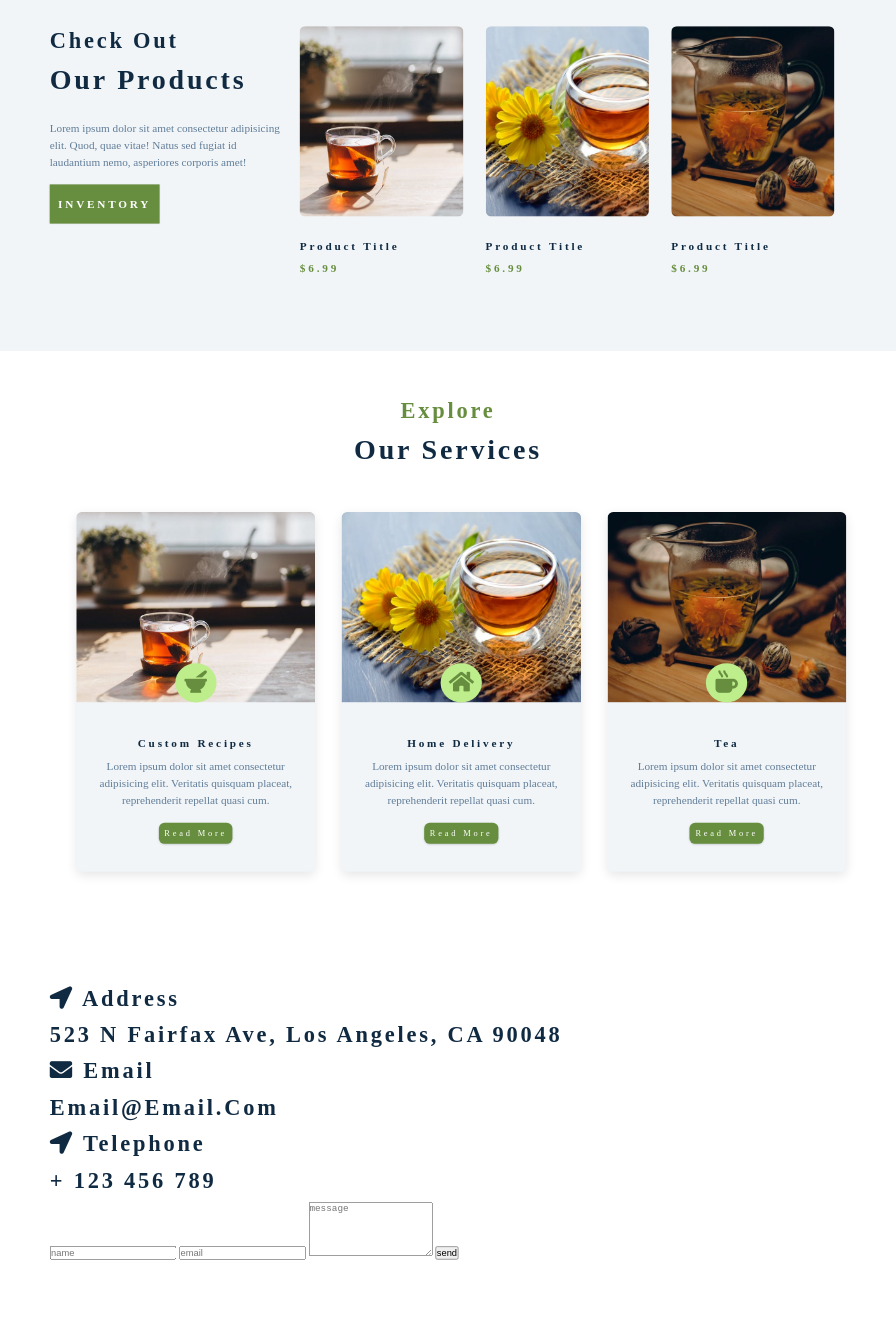
Repository: Ndifoinhilary/building_tea_site
Page: index.html
An editor plug-in stored every save of this project. The page is shown before and after the next save, followed by the edit.
The browser window is 1280 px wide. The pictures show the part of the page from y = 1689 to 3609 px (the page is 3750 px tall), at 70% of full size.
Backgrounds fixed to the window are drawn as part of the page. Some web fonts or font styles are not loaded; a fallback is used.

Above is the page before, as saved 2024-01-06 16:23:48.

### index.html
<!DOCTYPE html>
<html lang="en">

<head>
  <meta charset="UTF-8" />
  <meta name="viewport" content="width=device-width, initial-scale=1.0" />
  <meta http-equiv="X-UA-Compatible" content="ie=edge" />
  <title>Tea Station || Home</title>
  <!-- font-awesome -->
  <link rel="stylesheet" href="./fontawesome-free-5.7.2-web/css/all.css" />
  <!-- custom css -->
  <link rel="stylesheet" href="./css/styles.css" />
</head>

<body>
  <!-- nav button -->
  <span class="nav-btn" id="nav-btn">
    <i class="fas fa-bars"></i>
  </span>
  <!-- nav -->
  <nav class="navbar" id="navbar">
    <div class="navbar-header">
      <span class="nav-close" id="nav-close">
        <i class="fas fa-times"></i>
      </span>
    </div>
    <ul class="nav-items">
      <li><a href="index.html" class="nav-link">home</a></li>
      <li><a href="skills.html" class="nav-link">skills</a></li>
      <li><a href="about.html" class="nav-link">about</a></li>
      <li><a href="products.html" class="nav-link">products</a></li>
    </ul>
  </nav>
  <!-- header -->
  <header class="header">
    <div class="banner">
      <h2 class="banner-subtitle">Over one hunred flavors of tea</h2>
      <h1 class="banner-title">specially crafted tea</h1>
      <a href="skills.html" class=" btn banner-btn">explore</a>
    </div>
  </header>

  <div class="content-divider"></div>





  <!-- skills section -->
  <section class="skills clearfix">
    <!-- single skill -->
    <article class="skill">
      <span class="skill-icon">
        <i class="fas fa-mug-hot"></i>
      </span>
      <h4 class="skill-title">made in US</h4>
      <!-- ten words -->
      <p class="skill-text">
        Lorem ipsum dolor sit amet consectetur adipisicing elit. Tempore,
        sequi.
      </p>
    </article>
    <!-- end of single skill -->
    <!-- single skill -->
    <article class="skill">
      <span class="skill-icon">
        <i class="fas fa-glass-cheers"></i>
      </span>
      <h4 class="skill-title">relaxation</h4>
      <!-- ten words -->
      <p class="skill-text">
        Lorem ipsum dolor sit amet consectetur adipisicing elit. Tempore,
        sequi.
      </p>
    </article>
    <!-- end of single skill -->
    <!-- single skill -->
    <article class="skill">
      <span class="skill-icon">
        <i class="fas fa-bomb"></i>
      </span>
      <h4 class="skill-title">energy</h4>
      <!-- ten words -->
      <p class="skill-text">
        Lorem ipsum dolor sit amet consectetur adipisicing elit. Tempore,
        sequi.
      </p>
    </article>
    <!-- end of single skill -->
    <!-- single skill -->
    <article class="skill">
      <span class="skill-icon">
        <i class="fas fa-mortar-pestle"></i>
      </span>
      <h4 class="skill-title">family recipe</h4>
      <!-- ten words -->
      <p class="skill-text">
        Lorem ipsum dolor sit amet consectetur adipisicing elit. Tempore,
        sequi.
      </p>
    </article>
    <!-- end of single skill -->
  </section>
  <!--end of skills section -->




  <!-- about -->
  <section class="about">

    <div class="section-center clearfix">

      <article class="about-img">
        <div class="about-picture-container">
          <img src="./images/about-bcg.jpeg" alt="tea kettle" class="about-picture" />
        </div>
      </article>

      <article class="about-info">
        <!-- section title -->
        <div class="section-title">
          <h3 class="section-subtitle">about our</h3>
          <h2 class="section-title">tea station</h2>
        </div>
        <!-- section title -->
        <p class="about-text">
          Lorem ipsum dolor sit amet consectetur adipisicing elit. Possimus
          numquam rem eos vel consequuntur obcaecati?
        </p>
        <p class="about-text">
          Lorem ipsum dolor sit amet consectetur adipisicing elit. Possimus
          numquam rem eos vel consequuntur obcaecati?
        </p>
        <a href="about.html" class="btn">learn more</a>
      </article>
    </div>
  </section>
  <!-- end of about -->





  <!-- products -->
  <section class="products">
    <div class="section-center clearfix">
      <!-- products info  -->
      <article class="products-info">
        <!-- title -->
        <div>
          <h3 class="section-subtitle">check out</h3>
          <h2 class="section-title text-white">our products</h2>
        </div>
        <!-- end of title -->
        <p class="product-text">
          Lorem ipsum dolor sit amet consectetur adipisicing elit. Quod, quae
          vitae! Natus sed fugiat id laudantium nemo, asperiores corporis
          amet!
        </p>
        <a href="products.html" class="btn">inventory</a>
      </article>
      <!-- end of products info -->

      <!-- products inventory -->
      <article class="products-inventory clearfix">
        <!-- single product -->
        <div class="product">
          <img src="./images/product-1.jpeg" alt="single product" class="product-img" />
          <h4 class="product-title">product title</h4>
          <h4 class="product-price">$6.99</h4>
        </div>
        <!--end of single product -->
        <!-- single product -->
        <div class="product">
          <img src="./images/product-2.jpeg" alt="single product" class="product-img" />
          <h4 class="product-title">product title</h4>
          <h4 class="product-price">$6.99</h4>
        </div>
        <!--end of single product -->
        <!-- single product -->
        <div class="product">
          <img src="./images/product-3.jpeg" alt="single product" class="product-img" />
          <h4 class="product-title">product title</h4>
          <h4 class="product-price">$6.99</h4>
        </div>
        <!--end of single product -->
      </article>
      <!--end of  products inventory -->
    </div>
  </section>


  <!-- end of  products -->

<!-- Services section -->
<section class="services">
    <!-- section title -->
    <div class="section-title services-title">
      <h3 class="section-subtitle">explore</h3>
      <h2 class="section-title">Our services</h2>
    </div>
    <!-- section title -->

    <div class="section-center clearfix">
      <!-- single card -->
      <article class="service-card">
        <div class="service-img-container">
          <img src="./images/product-1.jpeg" class="service-img" alt="signle service">
          <span class="service-icon"><i class="fas fa-mortar-pestle fa-fw"></i></span>
        </div>
        <div class="service-info">
          <h4>Custom recipes</h4>
          <p>Lorem ipsum dolor sit amet consectetur adipisicing elit. Veritatis quisquam placeat, reprehenderit repellat quasi cum.</p>
          <a href="products.html" class="btn service-btn">read more</a>
        </div>
      </article>

      <article class="service-card">
        <div class="service-img-container">
          <img src="./images/product-2.jpeg" class="service-img" alt="signle service">
          <span class="service-icon"><i class="fas fa-home fa-fw"></i></span>
        </div>
        <div class="service-info">
          <h4>Home delivery</h4>
          <p>Lorem ipsum dolor sit amet consectetur adipisicing elit. Veritatis quisquam placeat, reprehenderit repellat quasi cum.</p>
          <a href="products.html" class="btn service-btn">read more</a>
        </div>
      </article>
      <article class="service-card">
        <div class="service-img-container">
          <img src="./images/product-3.jpeg" class="service-img" alt="signle service">
          <span class="service-icon"><i class="fas fa-mug-hot fa-fw"></i></span>
        </div>
        <div class="service-info">
          <h4>tea </h4>
          <p>Lorem ipsum dolor sit amet consectetur adipisicing elit. Veritatis quisquam placeat, reprehenderit repellat quasi cum.</p>
          <a href="products.html" class="btn service-btn">read more</a>
        </div>
      </article>
      <!--  end single card -->
    </div>
    <!-- service infor -->

    <!-- End service infor -->
</section>
<!-- End of service section -->


  <!-- contact -->
  <section class="contact">
    <div class="section-center clearfix">
      <!-- contact info -->
      <article class="contact-info">
        <!-- contact item -->
        <div class="contact-item">
          <!-- contact text -->
          <h3 class="contact-title">
            <span class="contact-icon">
              <i class="fas fa-location-arrow"></i> </span>address
          </h3>
          <h3 class="contact-text">
            523 N Fairfax Ave, Los Angeles, CA 90048
          </h3>
        </div>
        <!-- end of contact item -->
        <!-- contact item -->
        <div class="contact-item">
          <!-- contact text -->
          <h3 class="contact-title">
            <span class="contact-icon"> <i class="fas fa-envelope"></i> </span>email
          </h3>
          <h3 class="contact-text">email@email.com</h3>
        </div>
        <!-- end of contact item -->

        <!-- contact item -->
        <div class="contact-item">
          <!-- contact text -->
          <h3 class="contact-title">
            <span class="contact-icon">
              <i class="fas fa-location-arrow"></i> </span>telephone
          </h3>
          <h3 class="contact-text">+ 123 456 789</h3>
        </div>
        <!-- end of contact item -->
      </article>
      <article class="contact-form">
        <form action="https://formspree.io/learncodetutorial@gmail.com" method="POST" class="form-group">
          <input type="text" name="name" placeholder="name" class="form-control" />
          <input type="email" name="email" placeholder="email" class="form-control" />
          <textarea name="message" placeholder="message" class="form-control" rows="5"></textarea>
          <button class="main-btn">send</button>
        </form>
      </article>
      <!-- end of contact info -->
    </div>
  </section>




  <!-- end o fcontact -->
  <footer class="footer">
    <div class="section-center">
      <div class="social-icons">
        <!-- social icon -->
        <a href="#" class="social-icon">
          <i class="fab fa-facebook"></i>
        </a>
        <!-- end of social icon -->
        <!-- social icon -->
        <a href="#" class="social-icon">
          <i class="fab fa-twitter"></i>
        </a>
        <!-- end of social icon -->
        <!-- social icon -->
        <a href="#" class="social-icon">
          <i class="fab fa-instagram"></i>
        </a>
        <!-- end of social icon -->
      </div>
      <p class="footer-text">
        &copy;2019 <span class="text-primary">tea station</span>. all rights
        reserved
      </p>
    </div>
  </footer>



  <script src="app.js"></script>
</body>

</html>

### css/styles.css
@import url("https://fonts.googleapis.com/css?family=Catamaran:400,700|Grand+Hotel");

* {
  margin: 0;
  padding: 0;
  box-sizing: border-box;
}

/*================
Global variables
===================
*/

:root{
  --clr-primary:#678e3e;
  --clr-primary-light:#beed8c;
  --clr-grey-1:#102a42;
  --clr-grey-5:#617d98;
  --clr-grey-10:#f1f5f8;
  --clr-white:#fff;
  --ff-primary:"Catamaran",sans-serif;
  --ff-secondary:"Grand Hotel", cursive;
  --transition: all 0.3s linear ;
  --spacing:0.25rem;
  --radius:0.5rem;
}


body{
  font-family: var(--clr-primary);
  background: var(--clr-white);
  color: var(--clr-grey-1);
  line-height: 1.5;
  font-size: 0.875rem;
}

a{
  text-decoration: none;
}

img{
  width: 100%;
  display: block;
}
h1,h2,h3,h4{
  letter-spacing: var(--spacing);
  text-transform: capitalize;
  line-height: 1.25;
  margin-bottom: 0.75rem;
}

h1{
  font-size: 3rem;
}
h2{
  font-size: 2rem;
}
h3{
  font-size: 1.5rem;
}
h4{
  font-size: 0.875rem;
}

p{
  margin-bottom: 1.25rem;
}
@media screen and (min-width:800px) {
  h1{
    font-size: 4rem;
  }
  h2{
    font-size: 2.5rem;
  }
  h3{
    font-size: 2rem;
  }
  h4{
    font-size: 1rem;
  }
  body{
    font-size: 1rem;
  }
  h1,h2,h3,h4{
    line-height: 1.25;

  }
}
/*
more css
 */

 .btn{
  text-transform: uppercase;
  background: var(--clr-primary);
  color: var(--clr-white);
  padding: 1rem 0.75rem;
  letter-spacing: var(--spacing);
  display: inline-block;
  font-weight:700 ;
  transition: var(--transition);
  font-size: 1rem;
  border: none;
  cursor: pointer;
  box-shadow: 0 1px 3px rgba(0, 0, 0,0.2);
 }
.btn:hover {
  color: var(--ff-primary);
  background: var(--clr-primary-light);
}
.clearfix::after , .clearfix::before{
  content: "";
  clear: both;
  display: table;
}
.section-title h3{
font-family: var(--ff-secondary);
color: var(--clr-primary);
}
.section-title{
  margin-bottom: 2rem;
}
.section-center{
  padding: 4rem 0;
  width: 85vw;
  margin: 0 auto;
  max-width: 1170px;
}
@media screen and (min-width:992px) {
  .section-center{
    width: 95vw;
    padding: 4rem 1rem;
  }
}
 /*
 header
  */

  .header{
    min-height: 100vh;
    background: linear-gradient(rgba(0, 0, 0,0.6),rgba(0, 0, 0,0.6)) ,url("/images/main-bcg.jpeg") center/cover no-repeat fixed;
    position: relative;
    /* animation */
    overflow-x: hidden;

  }

  .banner{
    text-align: center;
    position: absolute;
    top: 50%;
    left: 50%;
    transform: translate(-50%,-50%);
  }

  .banner h2{
    font-family: var(--ff-secondary);
    color: var(--clr-primary);
    /* animation */
  }

  .banner h1{
    text-transform: uppercase;
    color: var(--clr-white);
    margin-top: 1.25rem;
    margin-bottom: 2rem;
  }

.banner-btn{
  outline: 0.125rem solid var(--clr-primary);
  outline-offset: 0.25rem;
  font-size: 1.25rem;
  padding:1rem 1.75rem ;
}

.content-divider{
height: 0.5rem;
background: linear-gradient(to left, var(--clr-primary), #e9b949, var(--clr-primary));
}

/*
skills section
 */

 .skills{
  background: var(--clr-grey-10);

 }

 .skill{
  text-align: center;
  padding: 2.5rem 0;
  transition: var(--transition);

 }

 .skill-icon{
  font-size: 2.5rem;
  margin-bottom: 1.25rem;
  transition: var(--transition);
  display: inline-block;
  color: var(--clr-primary);

 }
 .skill-text{
  color: var(--clr-grey-5);
  max-width: 17rem;
  margin: 0 auto;
 }
 .skill:hover {
  background: var(--clr-white);
  box-shadow: 0  2px var(--clr-primary);
 }

 .skill:hover .skill-icon{
  transform: translateY(-5px);
 }
 @media screen and (min-width:576px) {
  .skill{
    float: left;
    width: 50%;
  }
 }

 @media screen and (min-width:1200px) {
  .skill{

    width: 25%;
  }
 }

 /*
 About css
  */
.about-img, .about-info{
  padding: 2rem;
}

.about-picture-container{
  color: var(--clr-primary);
  border: 0.5rem solid var(--clr-primary);
  max-width: 30rem;
  overflow: hidden;

}

.about-picture{
  transition: var(--transition);
}

.about-picture-container:hover .about-picture{
opacity: 0.5;
transform: scale(1.2)
}


.about-text{
  max-width: 26rem;
  color: var(--clr-grey-5);
}


@media screen and (min-width:992px) {
  .about-info, .about-img{
    float: left;
    width: 50%;
  }
  .about-info{
    padding-left:2rem ;
  }
}
/*
product section
 */


 .product{
  margin-bottom: 2rem;
 }

.products{
  background: var(--clr-grey-10);

}

.products article{
  padding: 2rem 0;
}
.product-text{
  color: var(--clr-grey-5);
  max-width: 26rem;
}

.product-img{
  border-radius: var(--radius);
  margin-bottom: 2rem;
  height: 17rem;
  object-fit: cover;
}

.product-price{
  color: var(--clr-primary);
}

@media screen and (min-width:768px) {
.product{
  float: left;
  width: 50%;
  padding-left: 2rem;
}

}
@media screen and (min-width:992px) {
.product{
  width: 33.3%;
}

}
@media screen and (min-width:1200px) {
.products-info{
  float: left;
  width: 30%;
}

}
@media screen and (min-width:1200px) {
.products-inventory{
  float: left;
  width: 70%;
}
  .product{
    margin-bottom: 0;
    padding: 0 1rem;
  }
}

/*
services section
 */

.services-title{
  margin-top: 4rem;
  margin-bottom: -4rem;
  text-align: center;
}

.service-card{
  margin: 2rem 0;
  background: var(--clr-grey-10);
  border-radius: var(--radius);
  box-shadow: 0 5px 15px rgba(0, 0, 0,0.1);
  transition: var(--transition);
}
.service-card:hover{
  transform: scale(1.02);
  box-shadow: 0 5px 15px rgba(0, 0, 0,0.2);

}

.service-img{
  height: 17rem;
  object-fit: cover;
  border-top-left-radius: var(--radius);
  border-top-right-radius: var(--radius);
}

.service-info{
  text-align: center;
  padding: 3rem 1rem 2.5rem 1rem;
}

.service-info p {
  max-width: 20rem;
  color: var(--clr-grey-5);
  margin: 0 auto;
}

.service-btn{
  font-size: 0.75rem;
  text-transform: capitalize;
  padding: 0.375rem 0.5rem;
  border-radius: var(--radius);
  font-weight: 400;
  margin-top: 1.25rem;
}

@media screen and (min-width:768px) {
  .service-card{
    float: left;
    width: 45%;
    margin-left: 5%;
  }

}
@media screen and (min-width:992px) {
  .service-card{
    width: 30%;
    margin-left: 3.333%;
  }

}


.service-img-container{
  position:relative;
}

.service-icon{
  position:absolute;
  left: 50%;
  bottom:0;
  font-size:2rem;
  color: var(--clr-primary);
  background: var(--clr-primary-light);
  padding: 0.25rem 0.6rem;
  border-radius: 50%;
  transform: translate(-50%);
  -webkit-transform: translate(-50%);
  -moz-transform: translate(-50%);
  -ms-transform: translate(-50%);
  -o-transform: translate(-50%);
}

### app.js
const navBtn = document.getElementById("nav-btn");
const navbar = document.getElementById("navbar");
const navClose = document.getElementById("nav-close");

navBtn.addEventListener("click", () => {
  navbar.classList.add("showNav");
});

navClose.addEventListener("click", () => {
  navbar.classList.remove("showNav");
});

Loaded but not shown: fontawesome-free-5.7.2-web/css/all.css (library)

After the next save:
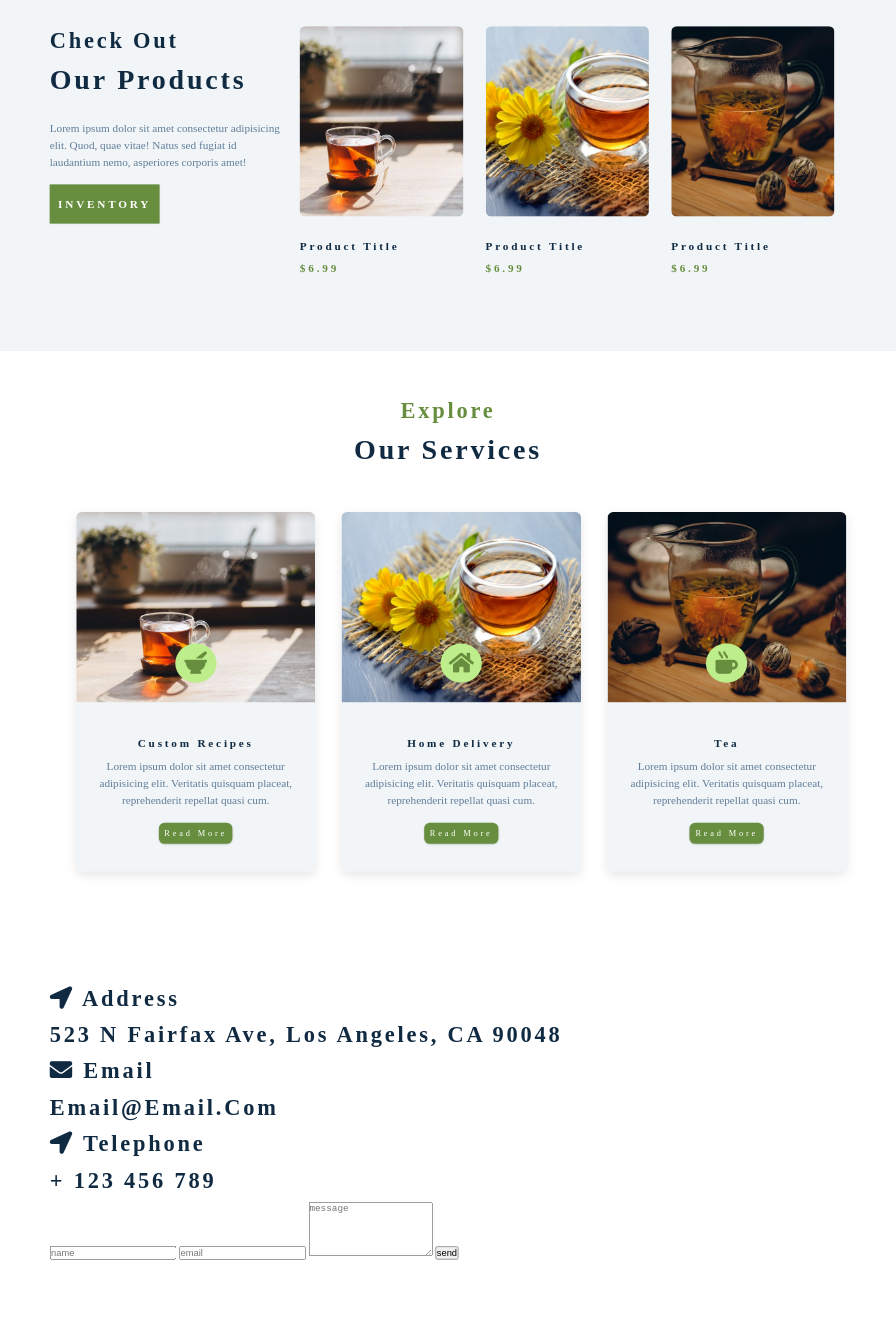
Saved 15 s later.
--- a/css/styles.css
+++ b/css/styles.css
@@ -415,7 +415,8 @@ services section
   padding: 0.25rem 0.6rem;
   border-radius: 50%;
   transform: translate(-50%);
-  -webkit-transform: translate(-50%);
+
+  -webkit-transform: translate(-50%, -50%);
   -moz-transform: translate(-50%);
   -ms-transform: translate(-50%);
   -o-transform: translate(-50%);
